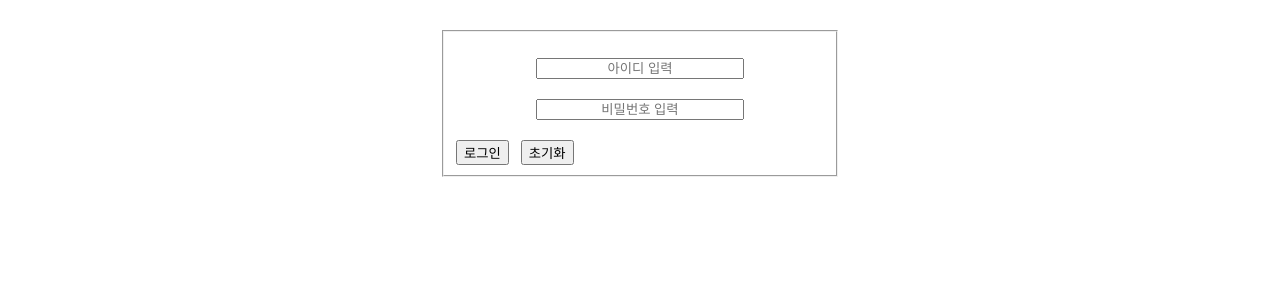
Repository: HyoJun-A/jsp
Page: http://localhost/practice01/login.jsp
The author's editor kept a copy of each file at every save. The page is drawn from the files as they stood at one save, then again after the next save.
The browser window is 1280 px wide. The pictures show the whole page.
The page is served by Tomcat 9.

Above is the page before, as saved 2022-10-14 05:40:04.

### practice01/WebContent/login.jsp
<%@ page language="java" contentType="text/html; charset=UTF-8"
    pageEncoding="UTF-8"%>
<!DOCTYPE html>
<html>
<head>
<meta charset="UTF-8">
<title>로그인</title>
<style>
#login_form{ width: 400px; height: 300px; margin: 30px auto;}
.login_dis{ display: block; clear:both; width: 200px; margin: 20px auto; text-align: center;}
.login_btn{ display: inline-block; }
</style>
</head>
<body>
	<form action="loginPro.jsp" method="post" name="login_form" id="login_form">
		<fieldset>
			<input type="text" name="id" id="id" placeholder="아이디 입력" class="login_dis">
			<input type="password" name="pw" id="pw" placeholder="비밀번호 입력" class="login_dis">
			<input type="submit" value="로그인" class="login_btn"> &nbsp;
			<input type="reset" value="초기화" class="login_btn">
		</fieldset>
	</form>
</body>
</html>

After the next save:
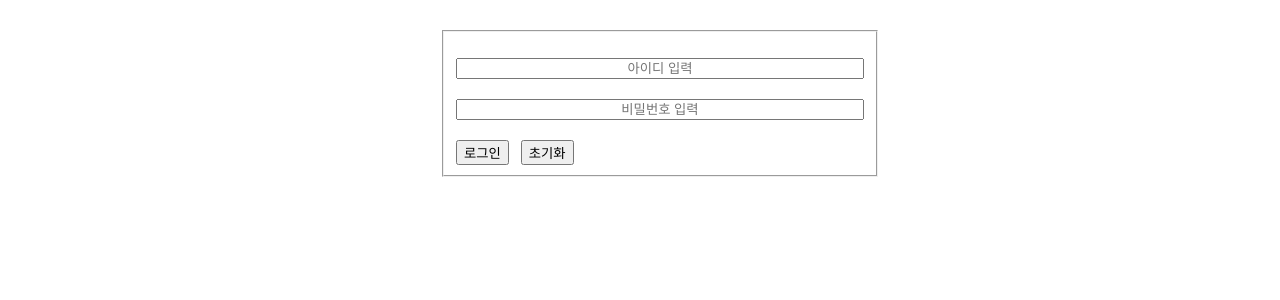
Saved 11 s later.
--- a/practice01/WebContent/login.jsp
+++ b/practice01/WebContent/login.jsp
@@ -7,7 +7,7 @@
 <title>로그인</title>
 <style>
 #login_form{ width: 400px; height: 300px; margin: 30px auto;}
-.login_dis{ display: block; clear:both; width: 200px; margin: 20px auto; text-align: center;}
+.login_dis{ display: block; clear:both; width: 400px; margin: 20px auto; text-align: center;}
 .login_btn{ display: inline-block; }
 </style>
 </head>
